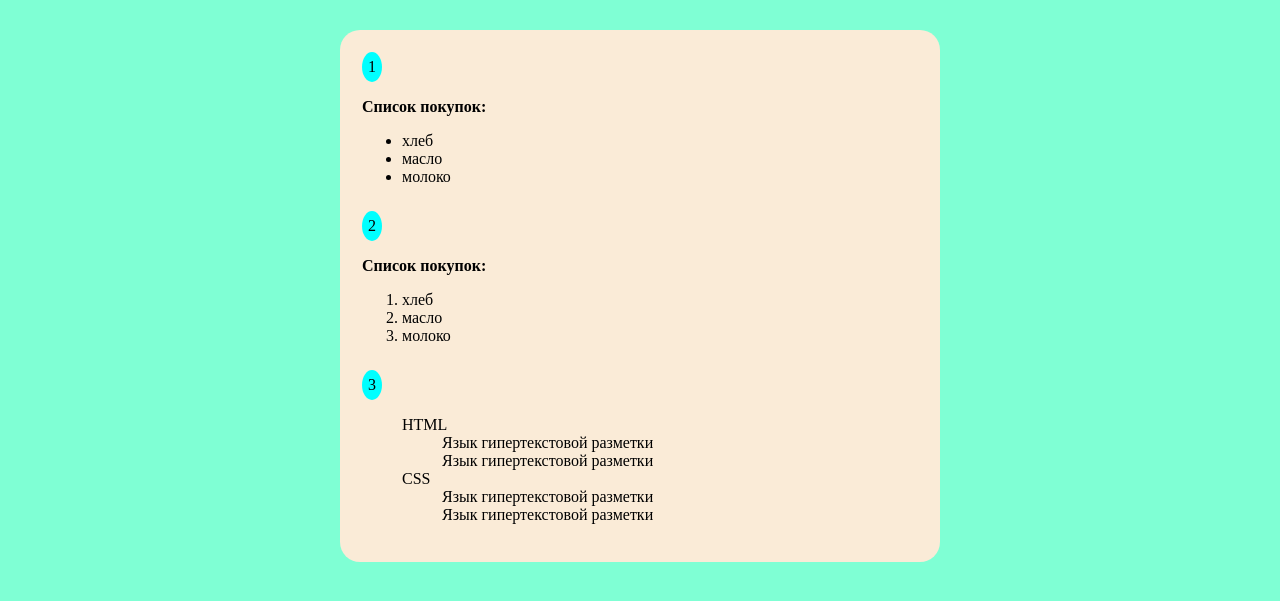
Repository: Savich01/-
Page: html/index.html
These files come from the project's save history. The page is drawn as it stood at one moment and after the next save; the edit follows.
The browser window is 1280 px wide. The pictures show the whole page.

Above is the page before, as saved 2024-05-31 14:46:38.

### html/index.html
<!DOCTYPE html>
<html lang="en">
<head>
    <meta charset="UTF-8">
    <meta name="viewport" content="width=device-width, initial-scale=1.0">
    <title>Document</title>
    <link rel="stylesheet" href="/css/style.css">
</head>
<body>

    <header class="header">

    </header>
    <main class="main">
        <div class="container">
            <section class="section-1">
                <div class="block">1</div>
                <p class="text">
                    <b>Список покупок:</b>
                </p>
                <ul class="list">
                    <li>хлеб</li>
                    <li>масло</li>
                    <li>молоко</li>
                </ul>

                <div class="block">2</div>
                <p class="text">
                    <b>Список покупок:</b>
                </p>
                <ol class="list">
                    <li>хлеб</li>
                    <li>масло</li>
                    <li>молоко</li>
                </ol>

                <div class="block">3</div>
                <ul class="main-list--item">
                    <li>HTML
                        <ul>
                            <li class="main-link">Язык гипертекстовой разметки</li>
                            <li class="main-link">Язык гипертекстовой разметки</li>
                        </ul>
                    </li>
                    <li>CSS
                        <ul>
                            <li class="main-link">Язык гипертекстовой разметки</li>
                            <li class="main-link">Язык гипертекстовой разметки</li>
                        </ul>
                    </li>
                </ul>

            </section>
        </div>
    </main>
    <footer class="footer">

    </footer>

</body>
</html>

### css/style.css
body{
    max-width: 600px;
    height: 100%;
    margin: 0 auto;
    background-color: aquamarine;
    padding: 0px 10px;
}

.container{
    background-color: antiquewhite;
    padding: 2px;
    margin-top: 30px;
    border-radius: 20px;
}
/* ==========SECTION-1========================== */
.section-1{
    padding: 20px;
}

.block{
    background-color:aqua;
    display: inline-block;
    padding: 6px;
    border-radius: 100%;
}
.list{
    margin-bottom: 25px;
}
.main-list--item{
    list-style: none;
    /* text-decoration: none; */
}

.main-link{
    list-style: none;
}

After the next save:
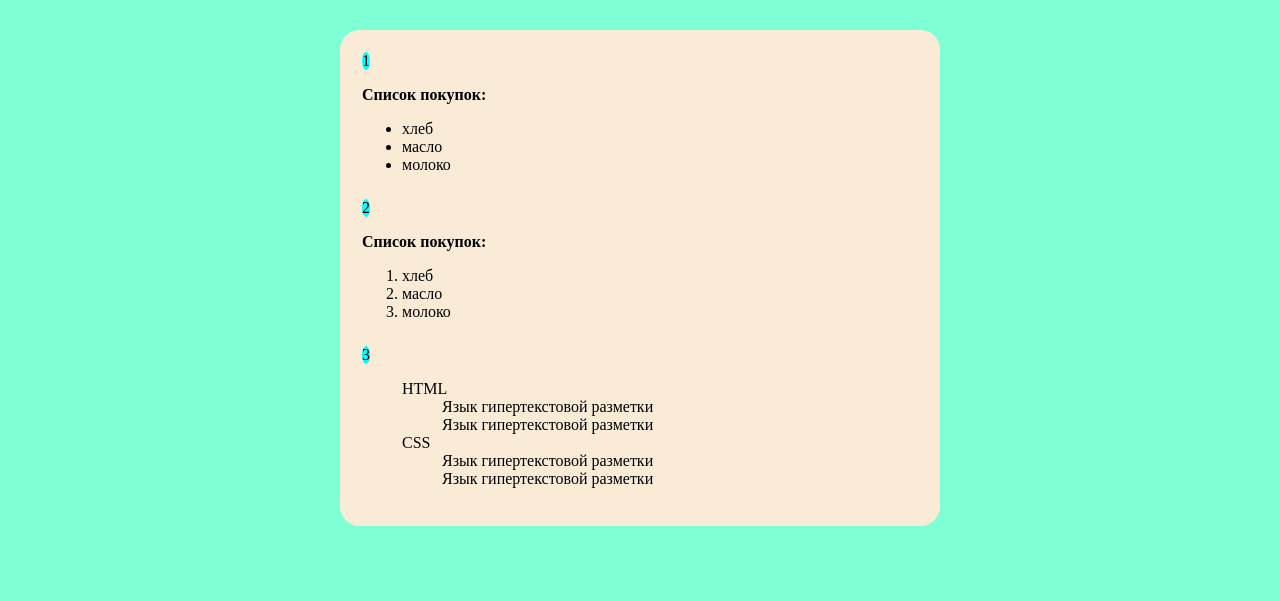
Saved 8 s later.
--- a/css/style.css
+++ b/css/style.css
@@ -20,7 +20,7 @@ body{
 .block{
     background-color:aqua;
     display: inline-block;
-    padding: 6px;
+    padding: 0px;
     border-radius: 100%;
 }
 .list{
